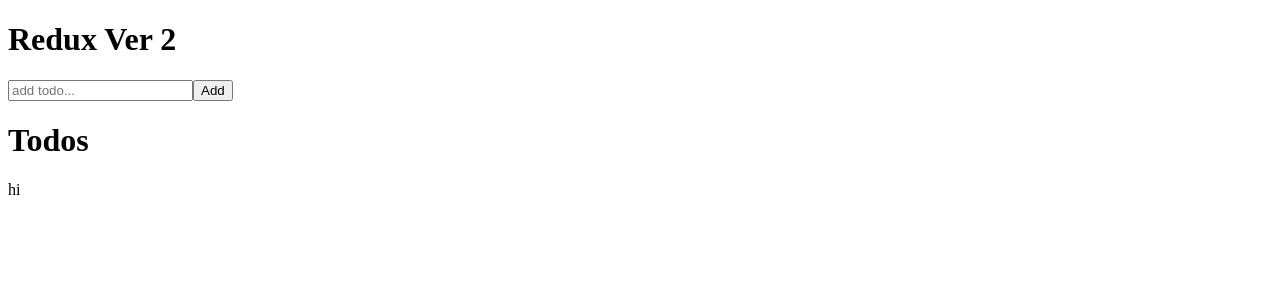
Repository: huynhnt1406/react-redux-tutorial
Page: / (app in redux-v2/)
The author's editor kept a copy of each file at every save. The page is drawn from the files as they stood at one save, then again after the next save.
The browser window is 1280 px wide. The pictures show the whole page.
The project was rebuilt for these pictures with package versions that can differ from the ones it lists, and the page was loaded fresh each time.

Above is the page before, as saved 2021-06-19 02:18:31.

After the next save:
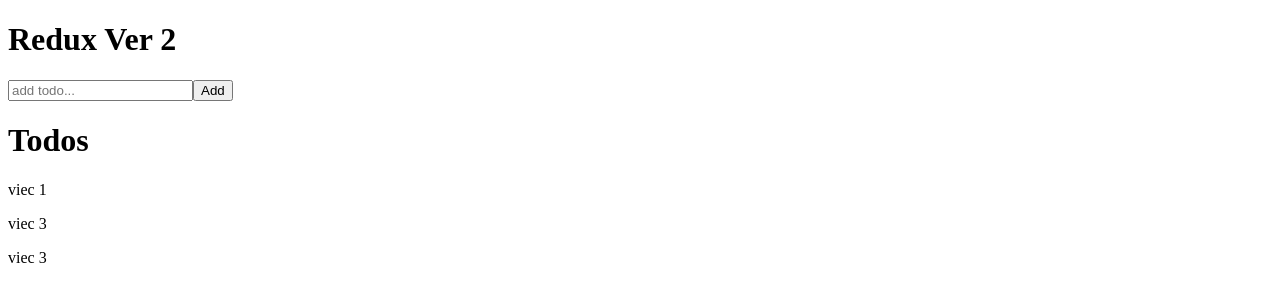
Saved 2 min 19 s later.
--- a/redux-v2/src/component/TodoItem.jsx
+++ b/redux-v2/src/component/TodoItem.jsx
@@ -1,9 +1,18 @@
 import React from 'react'
+import { useSelector } from 'react-redux'
+import { todosSelector } from '../store/reducer/todoReducer'
+
 
 function TodoItem() {
+
+    const todos = useSelector(todosSelector)
     return (
         <div>
-            <p>hi</p>
+            {
+                todos.map(todo => (
+                    <p key={todo.id}>{todo.title}</p>
+                ))
+            }
         </div>
     )
 }
